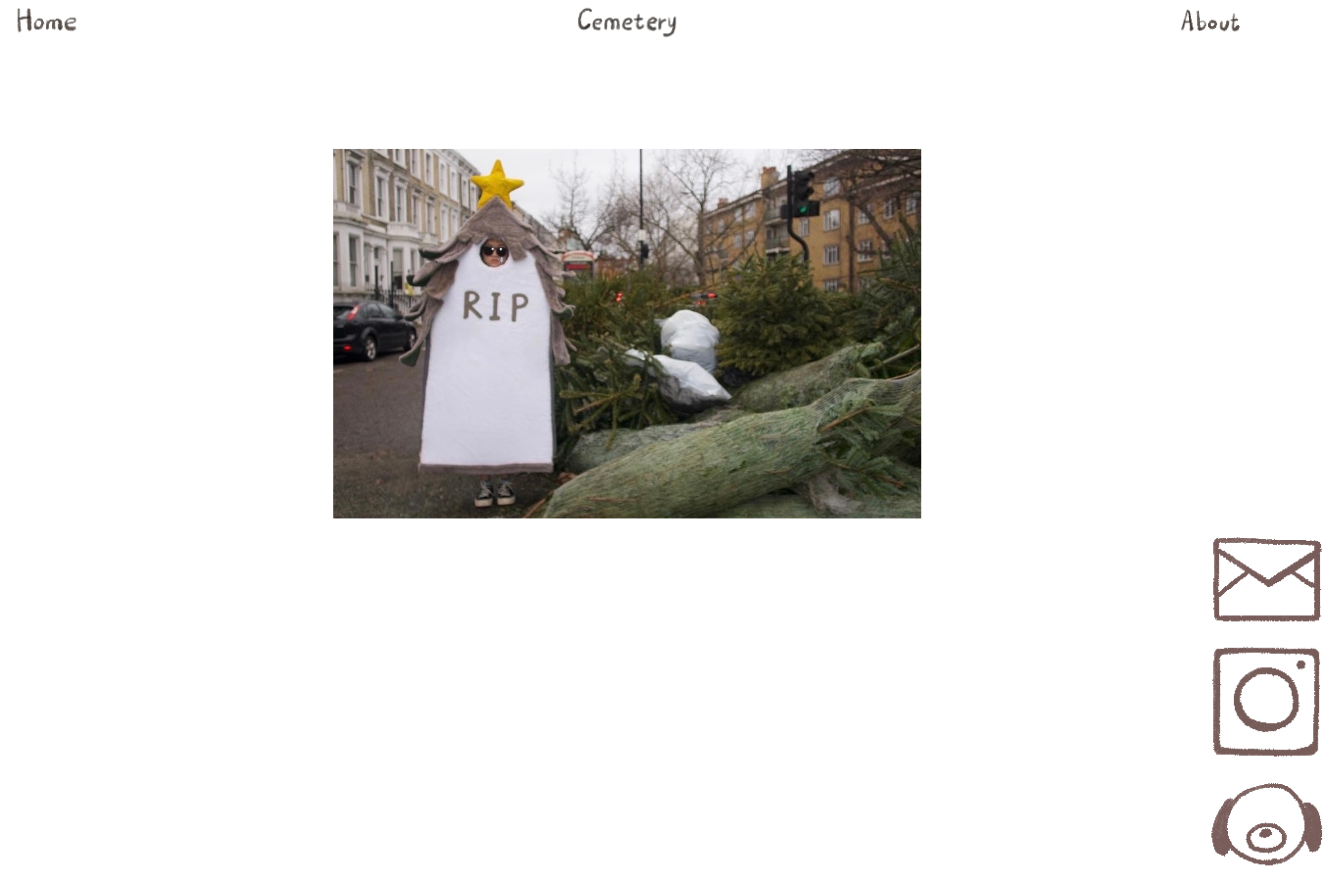
Repository: FuugaMo/ByeByeChristmasTree.github.io
Page: about.html
These files come from the project's save history. The page is drawn as it stood at one moment and after the next save; the edit follows.
The browser window is 1280 px wide. The page is 1352 px wide, then 1280 px, so the pictures cover 1352 px, including what lies to the right of the window. The pictures show the whole page, at 98% of full size.

Above is the page before, as saved 2023-08-01 21:49:50.

### about.html
<!DOCTYPE html>
<html lang="en">

<head>
    <meta charset="utf-8" />
    <link
        href="about.css"
        rel="stylesheet"
    />

</head>

<body>
    <!-- 顶部导航栏 -->
    <nav>
        <div
            class="home"
            style="width:60px; height:50px"
        >
            <img
                src="./Image/Home.png"
                width="60px"
            >
            <input
                type="button"
                onclick='location.href=("index.html")'
            />

        </div>

        <div
            class="cemetery"
            style="width: 100px;"
        >
            <img
                src="./Image/cemetery.png"
                class="cemetery"
                width="100px"
            >
            <input
                type="button"
                onclick='location.href=("cemetery.html")'
            />
        </div>

        <div
            class="about"
            style="width: 60px;"
        >
            <img
                src="./Image/about.png"
                width="60px"
            >
            <input
                type="button"
                onclick='location.href=("about.html")'
            />
        </div>

    </nav>

    <div id="content">
        <img src="./Image/About1.jpeg">
    </div>

    <div class="link">
        <a href="https://bagegoo@126.com">
            <img
                src="./Image/Mail.jpg"
                alt="Mail Icon"
            >
        </a>
        <a href="https://www.instagram.com/bagegoo/">
            <img
                src="./Image/Ins.jpg"
                alt="Instagram Icon"
            >
        </a>
        <a href="https://bagegoo.com">
            <img
                src="./Image/Dog.jpg"
                alt="Website Icon"
            >
        </a>
    </div>

</body>

### about.css
/* 新增样式 */
#content {
    /* 居中 */
    margin: 0 auto;
    width: 600px;
}

#content img {
    width: 600px;
}

#content .text {
    flex: 1;
    padding-left: 20px;
}


/* 导航栏 */
.home {
    position: relative;
    display: -webkit-box;
    -webkit-box-pack: start;
    -webkit-box-align: start;
    -webkit-box-orient: start;
    text-align: center;
    margin-left: 10px;
    /* opacity: 0; */
}

.home input {
    cursor: url("光标.png"), auto;
    position: absolute;
    width: 60px;
    height: 25px;
    border: 0px;
    left: 0px;
    top: 0px;
    /* opacity: 0.5; */
    /* background-color: black; */
    background-color: transparent;
}

.cemetery {
    position: relative;
    margin: 0 auto;
    top: -25px;
}

.cemetery input {
    cursor: url("光标.png"), auto;
    position: relative;
    width: 100px;
    height: 60px;
    border: 0;
    top: -85px;
    /* opacity: 0.5; */
    /* background-color: black; */
    background-color: transparent;
}

.about {
    position: absolute;
    right: 15px;
    top: 10px;
}

p1,
p2,
p3 {
    font-family: "Gill Sans", sans-serif;
    font-size: large;
    color: gray;
}

.about input {
    cursor: url("光标.png"), auto;
    position: absolute;
    width: 60px;
    height: 25px;
    border: 0px;
    right: 1px;
    /* opacity: 0.5; */
    /* background-color: black; */
    background-color: transparent;

}

/* 导航栏结束 */

html {
    cursor: url("光标.png"), auto;
}

.link {
    /*元素居中*/
    margin: 0 auto;

    width: 30px;

    margin-right: 10px;
}

After the next save:
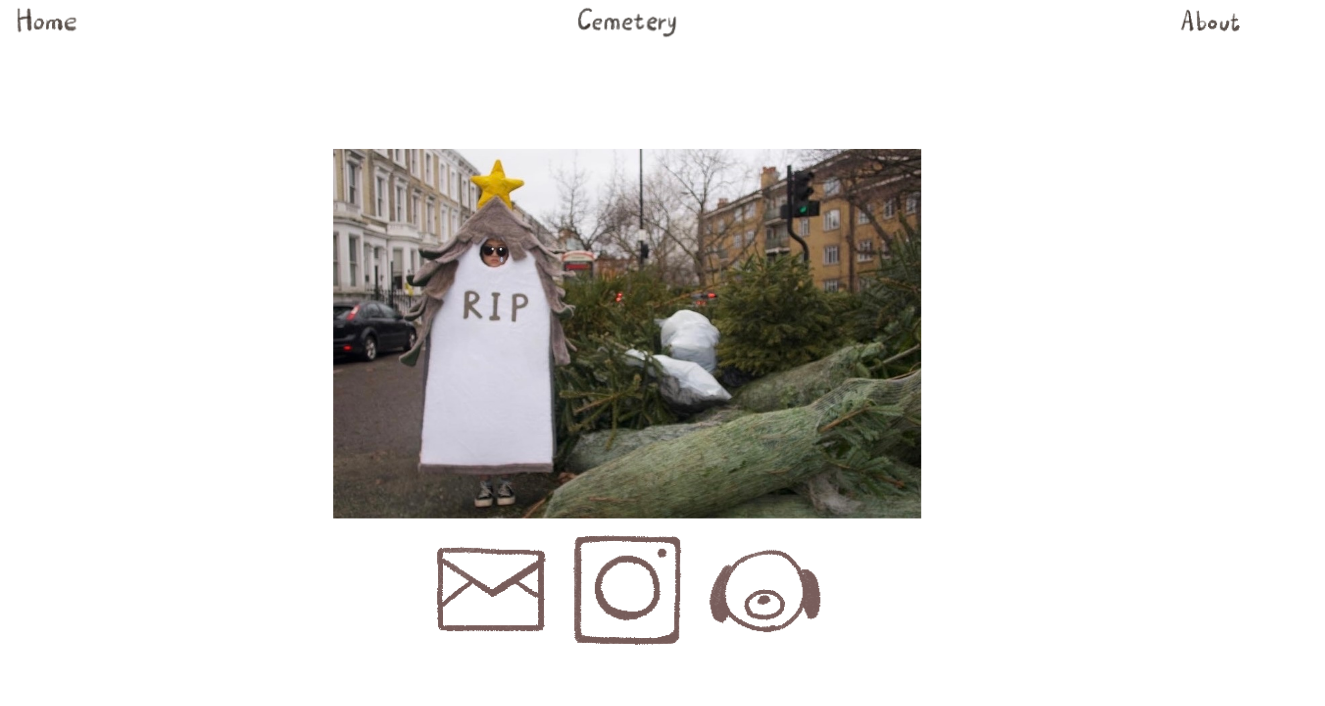
Saved 106 s later.
--- a/about.css
+++ b/about.css
@@ -92,10 +92,12 @@ html {
 }
 
 .link {
-    /*元素居中*/
-    margin: 0 auto;
+    display: flex;
+    justify-content: center;
+    align-items: center;
+}
 
-    width: 30px;
-
-    margin-right: 10px;
+.link a {
+    margin: 10px;
+    /* 可根据需要调整间距 */
 }
